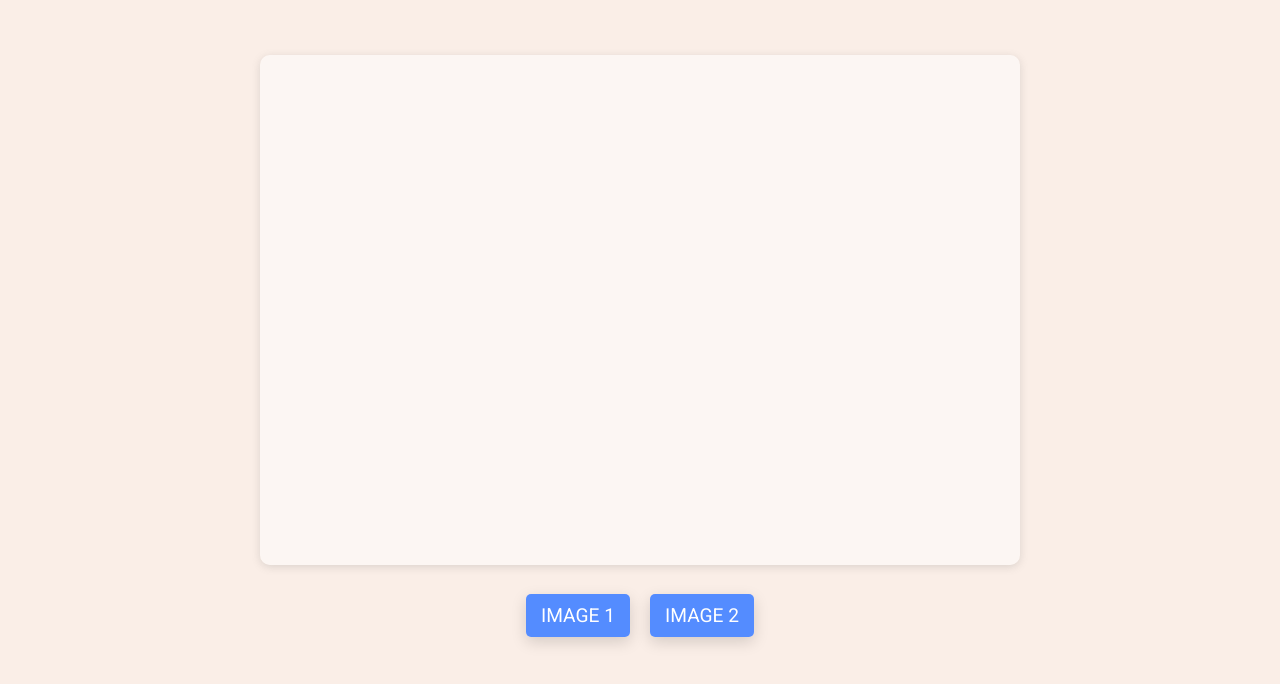
Repository: Lucas-Cassan/img-assembler
Page: / (app in frontend/)
These files come from the project's save history. The page is drawn as it stood at one moment and after the next save; the edit follows.
The browser window is 1280 px wide. The pictures show the whole page.
The project was rebuilt for these pictures with package versions that can differ from the ones it lists, and the page was loaded fresh each time.

Above is the page before, as saved 2022-02-02 15:35:01.

### frontend/src/index.js
import React from "react";
import ReactDOM from "react-dom";
import "./styles/index.scss";
import App from "./App";

ReactDOM.render(
  <React.StrictMode>
    <App />
  </React.StrictMode>,
  document.getElementById("root"),
);

### frontend/src/styles/index.scss
@import url('https://fonts.googleapis.com/css2?family=Roboto:wght@400;700&display=swap');

html{
    padding: 0;
    margin: 0;

    body{
        padding: 0;
        margin: 0;
        width: 100vw;
        height: 100vh;
        overflow: hidden;
        background-color: #FAEEE7;

        #root{
            width: 100%;
            height: 100%;
            display: flex;
            justify-content: center;
            align-items: center;
            flex-direction: column;

            #image{
                width: 750Px;
                padding: 5px;
                height: 500px;
                background-color: rgba($color: #FFF, $alpha: .5);
                border-radius: 10px;
                box-shadow: rgba(99, 99, 99, 0.2) 0px 2px 8px 0px;
                overflow: hidden;
            }
            #form{
                height: 100px;
                display: flex;
                justify-content: center;
                align-items: center;
                width: 100%;

                input{
                    display: none;
                }
                label{
                    box-shadow: rgba(0, 0, 0, 0.15) 0px 5px 15px 0px;
                    cursor: pointer;
                    margin: 10px;
                    padding: 10px 15px;
                    font-size: 1.2em;
                    background-color: #548CFF;
                    color: white;
                    border-radius: 5px;
                    font-family: 'Roboto', sans-serif;
                    text-transform: uppercase;

                }
            }
        }

    }
}

### frontend/src/App.js
import React from "react";
import Fusiooooon from "./pages/Fusiooooon";

const App = () => {
  return (
    <>
      <Fusiooooon />
    </>
  );
};

export default App;

### frontend/src/pages/Fusiooooon.js
import React, { useState } from "react";
import axios from "axios";

const Fusiooooon = () => {
  const [file1, setFile1] = useState();
  const [file2, setFile2] = useState();

  const handleSubmit = (e) => {
    e.preventDefault();

    console.log(file1);
    const data = new FormData();
    data.append("file", file1);

    axios({
      method: "post",
      url: `http://localhost:5000/img/merge`,
      data,
    })
      .then((res) => console.log(res))
      .catch((err) => console.log(err));
  };

  const handleSubmit2 = (e) => {
    e.preventDefault();

    console.log(file1);
    const data = new FormData();
    data.append("file", file2);

    axios({
      method: "post",
      url: `http://localhost:5000/img/merge`,
      data,
    })
      .then((res) => console.log(res))
      .catch((err) => console.log(err));
  };

  return (
    <>
      <div id="image"></div>
      <div id="form">
        <form action="" onSubmit={handleSubmit}>
          <label htmlFor="image1">Image 1</label>
          <input
            type="file"
            name="image1"
            id="image1"
            accept=".jpg, .jpeg, .png"
            onChange={(e) => setFile1(e.target.image1[0])}
          />
          <input type="submit" value="enregistrer" />
        </form>
        <form action="" onSubmit={handleSubmit2}>
          <label htmlFor="image2">Image 2</label>
          <input
            type="file"
            name="image2"
            id="image2"
            accept=".jpg, .jpeg, .png"
            onChange={(e) => setFile2(e.target.image2[0])}
          />
          <input type="submit" value="enregistrer" />
        </form>
      </div>
    </>
  );
};

export default Fusiooooon;

Loaded but not shown: frontend/public/index.html (common file)

After the next save:
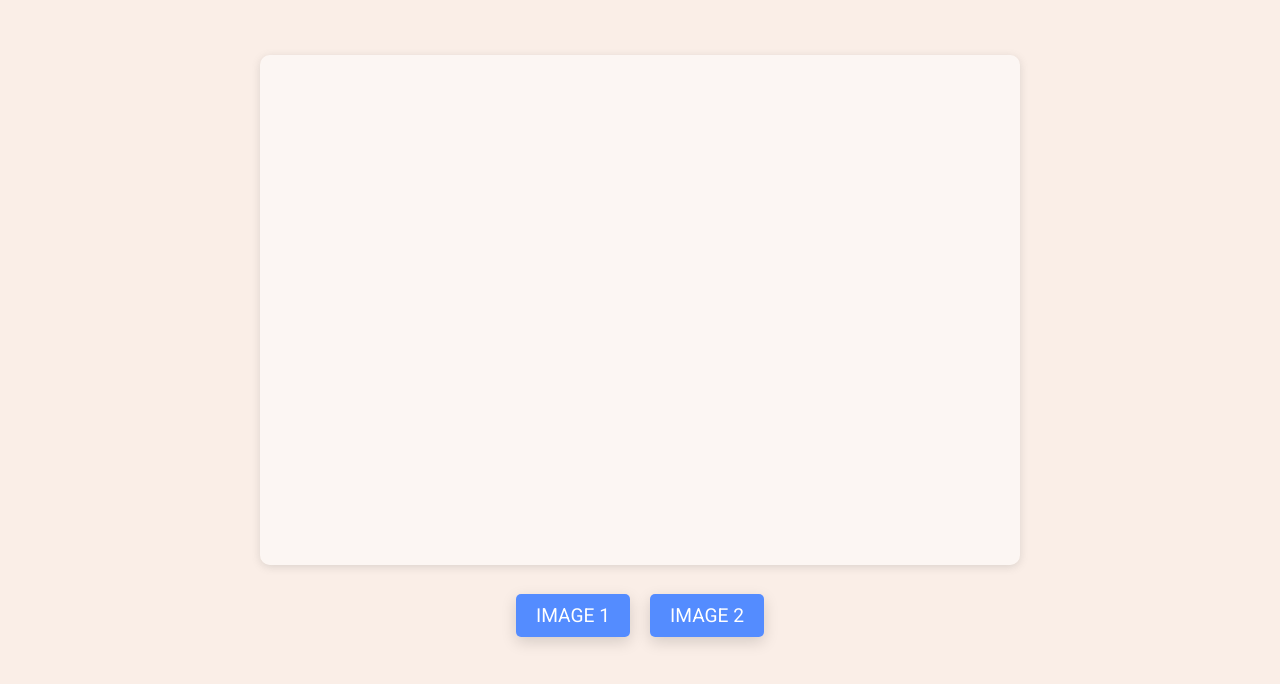
Saved 5 s later.
--- a/frontend/src/styles/index.scss
+++ b/frontend/src/styles/index.scss
@@ -43,7 +43,7 @@ html{
                     box-shadow: rgba(0, 0, 0, 0.15) 0px 5px 15px 0px;
                     cursor: pointer;
                     margin: 10px;
-                    padding: 10px 15px;
+                    padding: 10px 20px;
                     font-size: 1.2em;
                     background-color: #548CFF;
                     color: white;
